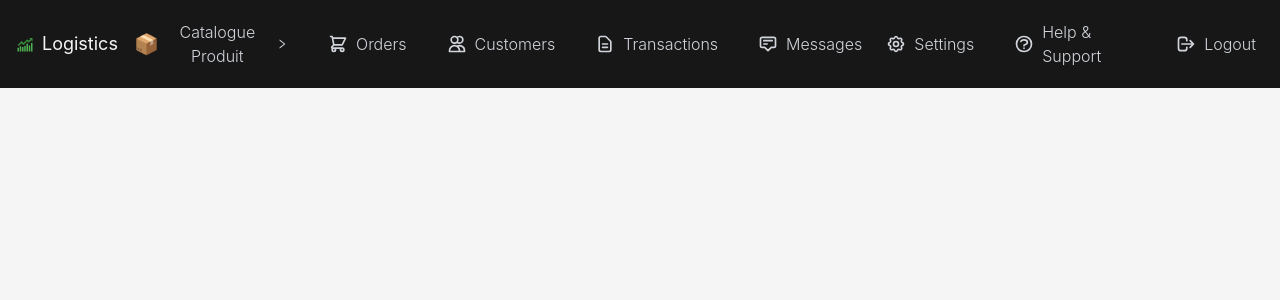
Repository: Mayar2222/Dashboard
Page: /
The author's editor kept a copy of each file at every save. The page is drawn from the files as they stood at one save, then again after the next save.
The browser window is 1280 px wide. The pictures show the whole page.
Pictures or frames that could not be fetched are drawn as grey boxes. The project was rebuilt for these pictures with package versions that can differ from the ones it lists, and the page was loaded fresh each time. Also part of the build but not shown: src/components/CatalogueProduits.jsx, src/components/Categories.jsx.

Above is the page before, as saved 2024-07-28 16:16:26.

### src/App.jsx
import { Route, BrowserRouter as Router, Routes } from "react-router-dom";
import CatalogueProduits from "./components/CatalogueProduits";
import Categories from "./components/Categories";
import Layout from "./components/shared/Layout";

function App() {
  return (
      <Router>
      <Routes>
        <Route path="/"  element={<Layout/>}>
          <Route path="CatalogueProduits"  element={<CatalogueProduits/>}/>
          <Route path="Categories"  element={<Categories/>}/>

          <Route path="login"  element={<div>this login page</div>}/>

        </Route>
      </Routes>
      </Router>
  );
}

export default App;

### src/index.css
@import url('https://fonts.googleapis.com/css2? family=Poppins:wght@400; 600;700&display=swap');


@tailwind base;
@tailwind components;
@tailwind utilities;

@layer base {
    html {
        font-family: 'Inter', sans-serif;
        line-height: 1.3;
    }
    table {
        /* Add any specific styles for the table here if needed */
    }
    th,
    td {
        @apply py-3 px-2.5 text-sm text-left border-y border-gray-200;
    }
    thead {
        @apply bg-neutral-100;
    }
    th {
        @apply font-semibold;
    }
    a {
        @apply text-sky-500 hover:underline;
    }
}

### src/components/shared/Layout.jsx
import React from 'react'
import { Outlet } from 'react-router-dom'
import Header from './Header'
import Sidebar from './Sidebar'
export default function Layout() {
  return (
    <div className='flex flex-row bg-neutral-100 h-screen w-screen overflow-hidden'>
<Sidebar/>
     <div className='flex-1'>
      <Header/>
      <div className='p-4'>{<Outlet/>}</div>

      </div>


    </div>
  )
}

### src/components/shared/Header.jsx
import { Menu, Popover, Transition } from '@headlessui/react';
import React, { Fragment } from 'react';
import { HiOutlineBell, HiOutlineChat, HiOutlineSearch } from 'react-icons/hi';

export default function Header() {
  return (
    <div className='bg-white h-16 px-4 flex justify-between items-center border-b border-gray-200'>
      <div className='relative'>
        <HiOutlineSearch fontSize={20} className='text-gray-400 absolute top-1/2 -translate-y-1/2 left-3' />
        <input
          type="text"
          placeholder='Search...'
          className='text-sm focus:outline-none active:outline-none h-10 w-[24rem] border border-gray-300 rounded-sm pl-11 pr-4'
        />
      </div>
      <div className="flex items-center gap-2 mr-2">
        <Popover className="relative">
          {({ open }) => (
            <>
              <Popover.Button
                className={`p-1.5 rounded-sm inline-flex items-center ${open ? 'text-gray-900' : 'text-gray-700 hover:text-gray-900'} focus:outline-none`}
              >
                <HiOutlineChat fontSize={24} />
              </Popover.Button>
              <Transition
                as={Fragment}
                enter="transition ease-out duration-200"
                enterFrom="opacity-0 translate-y-1"
                enterTo="opacity-100 translate-y-0"
                leave="transition ease-in duration-150"
                leaveFrom="opacity-100 translate-y-0"
                leaveTo="opacity-0 translate-y-1"
              >
                <Popover.Panel className="absolute right-0 z-10 mt-2.5 w-80">
                  <div className="bg-white rounded-sm shadow-md ring-1 ring-black ring-opacity-5 px-2 py-2.5">
                    <strong className="text-gray-700 font-medium">Messages</strong>
                    <div className="mt-2">This is the messages panel!</div>
                  </div>
                </Popover.Panel>
              </Transition>
            </>
          )}
        </Popover>

        <Popover className="relative">
          {({ open }) => (
            <>
              <Popover.Button
                className={`p-1.5 rounded-sm inline-flex items-center ${open ? 'text-gray-900' : 'text-gray-700 hover:text-gray-900'} focus:outline-none`}
              >
                <HiOutlineBell fontSize={24} />
              </Popover.Button>
              <Transition
                as={Fragment}
                enter="transition ease-out duration-200"
                enterFrom="opacity-0 translate-y-1"
                enterTo="opacity-100 translate-y-0"
                leave="transition ease-in duration-150"
                leaveFrom="opacity-100 translate-y-0"
                leaveTo="opacity-0 translate-y-1"
              >
                <Popover.Panel className="absolute right-0 z-10 mt-2.5 w-80">
                  <div className="bg-white rounded-sm shadow-md ring-1 ring-black ring-opacity-5 px-2 py-2.5">
                    <strong className="text-gray-700 font-medium">Notifications</strong>
                    <div className="mt-2">This is the notifications panel!</div>
                  </div>
                </Popover.Panel>
              </Transition>
            </>
          )}
        </Popover>

        <Menu as="div" className="relative">
          <div>
            <Menu.Button className="ml-2 inline-flex">
              <span className='sr-only'>Open user menu</span>
              <div className='h-10 w-10 rounded-full bg-sky-500 bg-cover bg-no-repeat bg-center' style={{backgroundImage: 'url("https://images.unsplash.com/photo-1529626455594-4ff0802cfb7e?crop=faces&fit=crop&w=80&h=80&q=80")'}}>
                <span className='sr-only'>Mayar</span>
              </div>
            </Menu.Button>
          </div>
          <Transition
            as={Fragment}
            enter="transition ease-out duration-200"
            enterFrom="opacity-0 translate-y-1"
            enterTo="opacity-100 translate-y-0"
            leave="transition ease-in duration-150"
            leaveFrom="opacity-100 translate-y-0"
            leaveTo="opacity-0 translate-y-1"
          >
            <Menu.Items className="absolute right-0 mt-2 w-48 origin-top-right bg-white border border-gray-200 divide-y divide-gray-100 rounded-md shadow-lg outline-none">
              <div className="px-4 py-3">
                <p className="text-sm">Signed in as</p>
                <p className="text-sm font-medium text-gray-900 truncate">Mayar</p>
              </div>
              <div className="py-1">
                <Menu.Item>
                  {({ active }) => (
                    <a
                      href="/profile"
                      className={`${
                        active ? 'bg-gray-100 text-gray-900' : 'text-gray-700'
                      } flex justify-between w-full px-4 py-2 text-sm leading-5 text-left`}
                    >
                      Your Profile
                    </a>
                  )}
                </Menu.Item>
                <Menu.Item>
                  {({ active }) => (
                    <a
                      href="/settings"
                      className={`${
                        active ? 'bg-gray-100 text-gray-900' : 'text-gray-700'
                      } flex justify-between w-full px-4 py-2 text-sm leading-5 text-left`}
                    >
                      Settings
                    </a>
                  )}
                </Menu.Item>
              </div>
              <div className="py-1">
                <Menu.Item>
                  {({ active }) => (
                    <a
                      href="/logout"
                      className={`${
                        active ? 'bg-gray-100 text-gray-900' : 'text-gray-700'
                      } flex justify-between w-full px-4 py-2 text-sm leading-5 text-left`}
                    >
                      Sign out
                    </a>
                  )}
                </Menu.Item>
              </div>
            </Menu.Items>
          </Transition>
        </Menu>
      </div>
    </div>
  );
}

### src/components/shared/Sidebar.jsx
import React, { useState } from 'react';
import { AiOutlineDown, AiOutlineRight } from 'react-icons/ai';
import { FcBullish } from 'react-icons/fc';
import { HiOutlineLogout } from 'react-icons/hi';
import { Link, useLocation } from 'react-router-dom';
import { DASHBOARD_SIDEBAR_BOTTOM_LINKS, DASHBOARD_SIDEBAR_LINKS } from '../../lib/consts/navigation';

const linkClasses =
  'flex items-center gap-2 font-light px-3 py-2 hover:bg-neutral-700 hover:no-underline active:bg-neutral-600 rounded-sm text-base text-gray-300';

const titleClasses = 'flex items-center gap-2 px-1 py-3 text-neutral-100 text-lg';

export default function Sidebar() {
  const { pathname } = useLocation();
  const [isCatalogueOpen, setIsCatalogueOpen] = useState(false);

  const toggleCatalogue = () => {
    setIsCatalogueOpen(!isCatalogueOpen);
  };

  return (
    <nav className="bg-neutral-900 w-full p-3 flex items-center text-white fixed top-0 z-10">
      <div className={`${titleClasses} mr-auto`}>
        <FcBullish />
        <span>Logistics</span>
      </div>
      <div className="flex space-x-4">
        <div className="relative">
          <button onClick={toggleCatalogue} className={linkClasses}>
            <span className="text-xl">📦</span>
            <span>Catalogue Produit</span>
            {isCatalogueOpen ? <AiOutlineDown /> : <AiOutlineRight />}
          </button>
          {isCatalogueOpen && (
            <div className="absolute left-0 mt-2 w-48 bg-neutral-800 rounded-md shadow-lg z-20">
              <Link to="/catalogue" className={linkClasses}>
                Catalogue Produit
              </Link>
              <Link to="/categories" className={linkClasses}>
                Catégories du produit
              </Link>
            </div>
          )}
        </div>
        {DASHBOARD_SIDEBAR_LINKS.filter(link => link.label !== "Catalogue Produit").map(({ key, path, icon, label }) => (
          <Link
            key={key}
            to={path}
            className={`${linkClasses} ${pathname === path ? 'bg-neutral-700' : ''}`}
          >
            {icon && <span className="text-xl">{icon}</span>}
            <span>{label}</span>
          </Link>
        ))}
      </div>
      <div className="flex space-x-4 ml-auto">
        {DASHBOARD_SIDEBAR_BOTTOM_LINKS.map(({ key, path, icon, label }) => (
          <Link
            key={key}
            to={path}
            className={`${linkClasses} ${pathname === path ? 'bg-neutral-700' : ''}`}
          >
            {icon && <span className="text-xl">{icon}</span>}
            <span>{label}</span>
          </Link>
        ))}
        <Link
          to="/logout" // Adjust the path as needed
          className={linkClasses}
        >
          <HiOutlineLogout className="text-xl" />
          <span>Logout</span>
        </Link>
      </div>
    </nav>
  );
}

### src/lib/consts/navigation.jsx
import {
	HiOutlineAnnotation,
	HiOutlineCog,
	HiOutlineCube,
	HiOutlineDocumentText,
	HiOutlineQuestionMarkCircle,
	HiOutlineShoppingCart,
	HiOutlineUsers
} from 'react-icons/hi'

export const DASHBOARD_SIDEBAR_LINKS = [

	{
		key: 'CatalogueProduits',
		label: 'Catalogue Produit',
		path: '/CatalogueProduits',
		icon: <HiOutlineCube />
	},

	{
		key: 'orders',
		label: 'Orders',
		path: '/orders',
		icon: <HiOutlineShoppingCart />
	},
	{
		key: 'customers',
		label: 'Customers',
		path: '/customers',
		icon: <HiOutlineUsers />
	},
	{
		key: 'transactions',
		label: 'Transactions',
		path: '/transactions',
		icon: <HiOutlineDocumentText />
	},
	{
		key: 'messages',
		label: 'Messages',
		path: '/messages',
		icon: <HiOutlineAnnotation />
	}
]

export const DASHBOARD_SIDEBAR_BOTTOM_LINKS = [
	{
		key: 'settings',
		label: 'Settings',
		path: '/settings',
		icon: <HiOutlineCog />
	},
	{
		key: 'support',
		label: 'Help & Support',
		path: '/support',
		icon: <HiOutlineQuestionMarkCircle />
	}
]

Loaded but not shown: public/index.html (common file); src/index.js (common file); tailwind.config.js (common file)

After the next save:
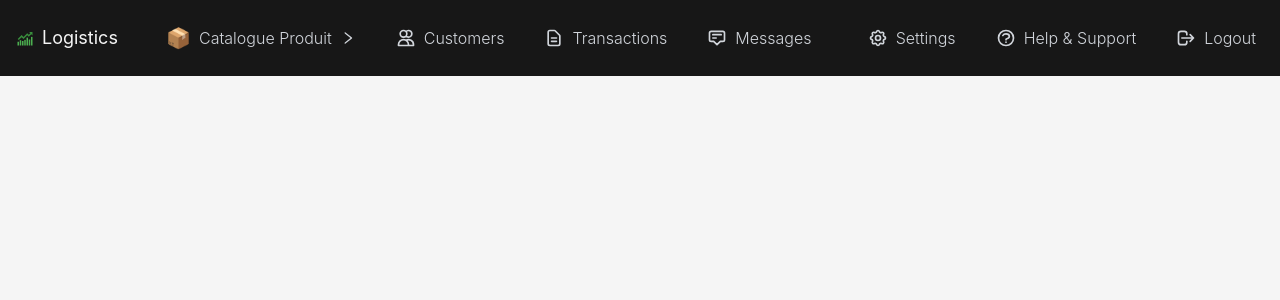
Saved 5 s later.
--- a/src/lib/consts/navigation.jsx
+++ b/src/lib/consts/navigation.jsx
@@ -17,12 +17,7 @@ export const DASHBOARD_SIDEBAR_LINKS = [
 		icon: <HiOutlineCube />
 	},
 
-	{
-		key: 'orders',
-		label: 'Orders',
-		path: '/orders',
-		icon: <HiOutlineShoppingCart />
-	},
+
 	{
 		key: 'customers',
 		label: 'Customers',
